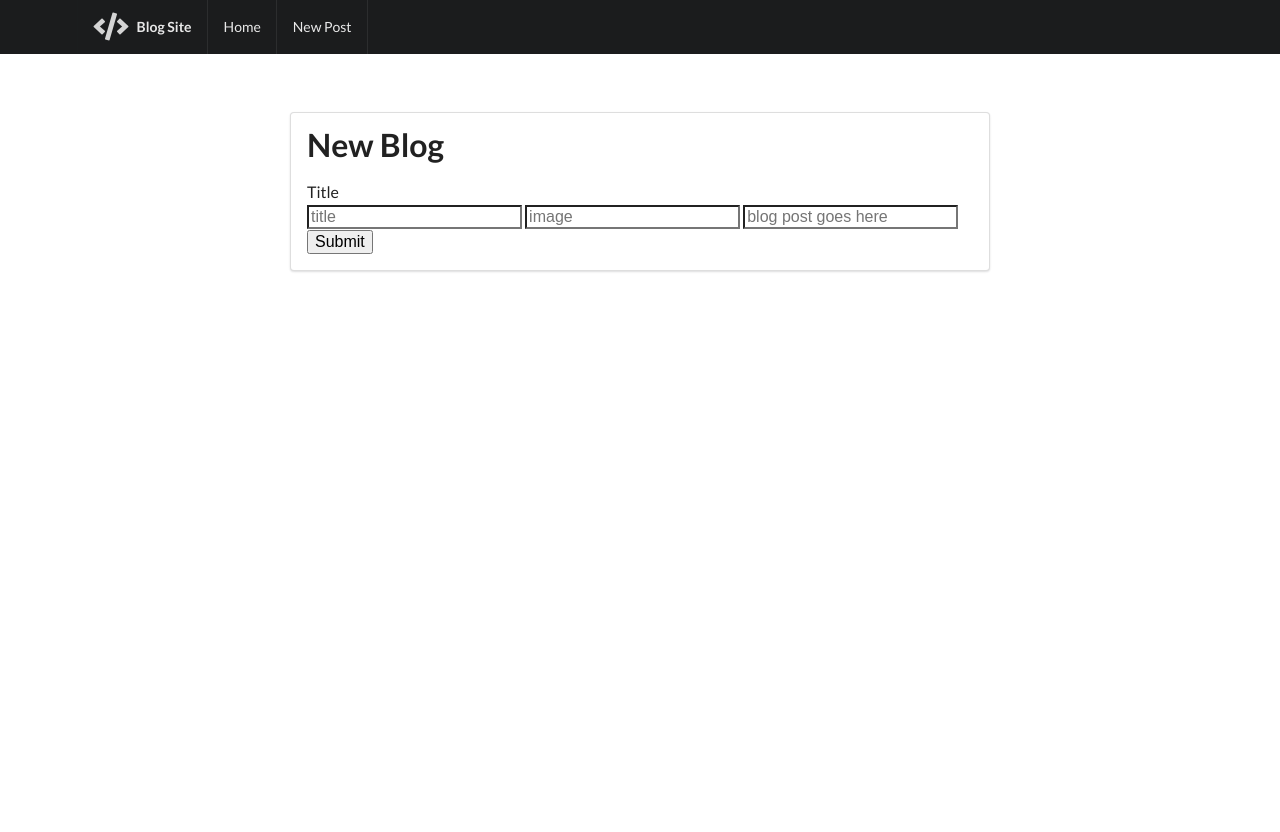
Repository: bosicheng/yelpcamp-project
Page: http://localhost/blogs/new
The author's editor kept a record of every edit. The page is drawn from the files as they stood at one moment, then again after the next edit.
The browser window is 1280 px wide. The pictures show the whole page.
The page is served by the project's Node server (RESTful Routing/RESTfulBlogApp/app.js).

Above is the page before.

### RESTful Routing/RESTfulBlogApp/views/new.ejs
<% include partials/header %>
<div class='ui main text container segment'>
    <div class='ui huge header'>
        New Blog
    </div>
    <form action='/blogs' method='POST'>
        <!--这里是直接添加req.body.body下属性而不是先改req.body下属性再加-->
        <div class='field'>
            <label>Title</label>

        </div>
        <input type='text' name='blog[title]' placeholder='title'>
        <input type='text' name='blog[image]' placeholder='image'>
        <input type='text' name='blog[body]' placeholder='blog post goes here'>
        <input type='submit'>
    </form>
</div>
<% include partials/footer %>

### RESTful Routing/RESTfulBlogApp/views/partials/header.ejs
<!DOCTYPE html>
<html>
    <head>
        <title>Blog App</title>
        <link rel="stylesheet" href="https://cdn.jsdelivr.net/npm/semantic-ui@2.4.2/dist/semantic.min.css">
        <!--下面的stylesheets前面一定要加slash!!-->
        <link rel="stylesheet" href="/stylesheets/app.css">
    </head>
    <body>
        <div class='ui fixed inverted menu'>
            <div class='ui container'>
                 <div class='header item'><i class='code icon'></i>Blog Site</div>
                 <a href='/' class='item'>Home</a>
                 <a href='/blogs/new' class='item'>New Post</a>
            </div>
        </div>

### RESTful Routing/RESTfulBlogApp/app.js
var express=require("express");
var app=express();
var bodyParser=require("body-parser");
var mongoose=require("mongoose");
var methodOverride=require('method-override');

//APP CONFIG
mongoose.connect('mongodb://localhost:27017/restful_blog_app', { useNewUrlParser: true });
app.set('view engine','ejs');
app.use(express.static('public'));
app.use(bodyParser.urlencoded({extended:true}));
app.use(methodOverride("_method"));

//MONGOOSE CONFIG

var blogSchema=new mongoose.Schema({
    title:String,
    image:String,
    body:String,
    // 设置默认样式
    created:{
                type:Date,
                default:Date.now
            }
});

var Blog=mongoose.model("Blog",blogSchema);

// Blog.create({
//     title:'test',
//     image:'https://pixabay.com/get/ea36b70c2ffc1c22d2524518b7444795ea76e5d004b0144595f3c37ea2e5b2_340.jpg',
//     body:'Hello!',
// })

//RESTful Routes

app.get('/',function(req,res){
    res.redirect('/blogs');
})

//INDEX
app.get('/blogs',function(req,res){
    Blog.find({},function(err,blogs){
        if(err){
            console.log('ERROR!');
        }
        else{
            res.render('index',{blogs:blogs})
        }
    })
})

//NEW
app.get('/blogs/new',function(req,res){
    res.render('new')
})

//CREATE
app.post('/blogs',function(req,res){
    //create blog
    Blog.create(req.body.blog,function(err,newBlog){
        if(err){
            res.render('new')
        }
        else{
            res.redirect('blogs')
        }
    })
    //redirect to the index
})

app.get('/blogs/:id',function(req,res){
    Blog.findById(req.params.id,function(err,foundBlog){
        if(err){
            res.redirect('/blogs');
        }
        else{
            res.render('show',{blog:foundBlog})
        }
    })
})

//EDIT
app.get('/blogs/:id/edit',function(req,res){
    Blog.findById(req.params.id,function(err,foundBlog){
        if(err){
            res.redirect('blogs')
        }
        else{
            res.render('edit',{blog:foundBlog})
        }
    })
})

//UPDATE同时也发生在EDIT GET到的界面里
// 操作是在edit的form表单中写PUT欺骗html是POST但是express会识别并将其改成PUT
//UPDATE
app.put('/blogs/:id',function(req,res){
    Blog.findByIdAndUpdate(req.params.id,req.body.blog,function(err,updatedBlog){
        if(err){
            res.redirect('/blogs')
        }
        else{
            res.redirect('/blogs/'+req.params.id)
        }
    })
})


//DELETE
app.delete('/blogs/:id',function(req,res){
    //destroy the blog and redirect somewhere
    Blog.findByIdAndRemove(req.params.id,function(err){
        if(err){
            res.redirect('/blogs')
        }
        else{
            res.redirect('/blogs')
        }
    })
})

app.listen(process.env.PORT,process.env.IP,function(){
    console.log("Server is listening!");
})

### RESTful Routing/RESTfulBlogApp/public/stylesheets/app.css
i.icon{
    font-size: 2em;
}
/*这里不要加空格！，连在一起写是两个class都有的意思*/
.container.main{
    margin-top: 7em;
}
#delete{
    display: inline;
}

Loaded but not shown: RESTful Routing/RESTfulBlogApp/views/partials/footer.ejs (common file)

After the next edit:
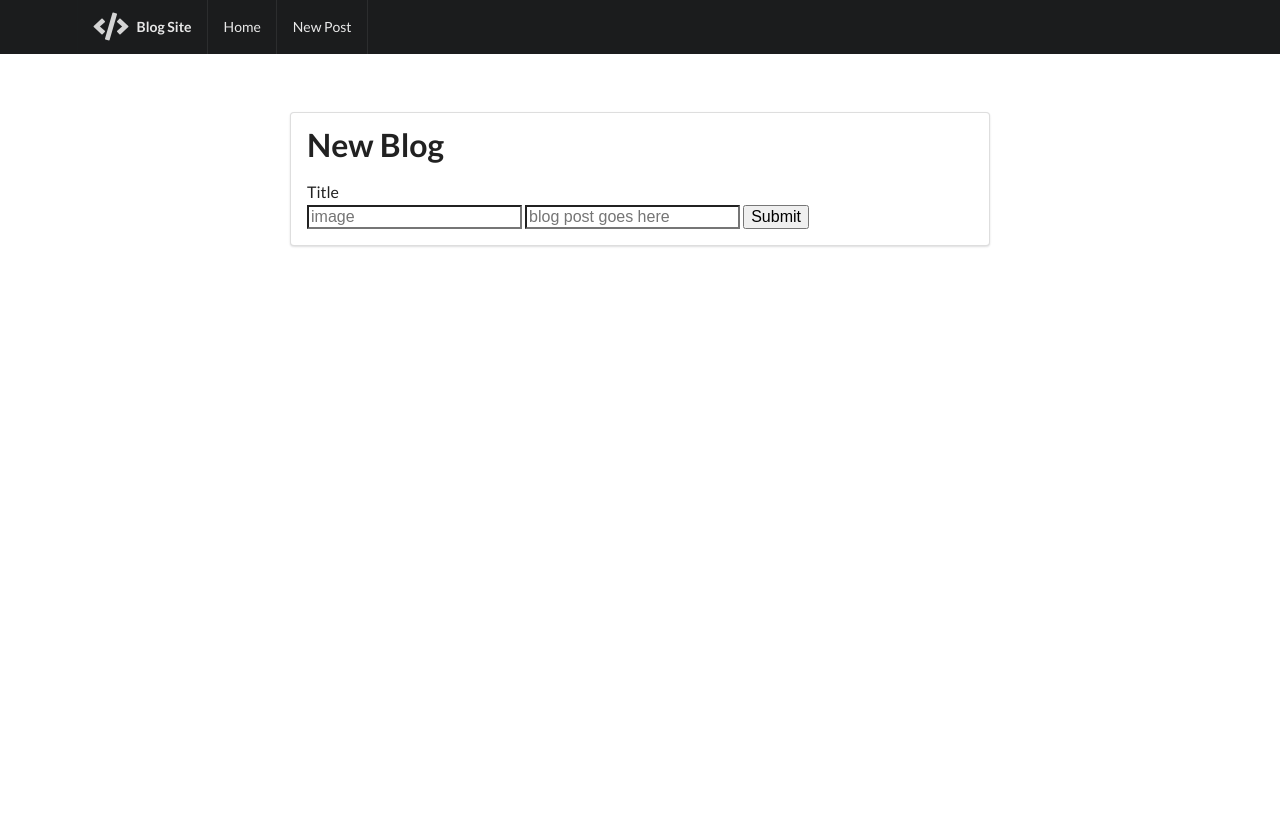
The edit:
--- a/RESTful Routing/RESTfulBlogApp/views/new.ejs
+++ b/RESTful Routing/RESTfulBlogApp/views/new.ejs
@@ -9,7 +9,7 @@
             <label>Title</label>
 
         </div>
-        <input type='text' name='blog[title]' placeholder='title'>
+
         <input type='text' name='blog[image]' placeholder='image'>
         <input type='text' name='blog[body]' placeholder='blog post goes here'>
         <input type='submit'>
